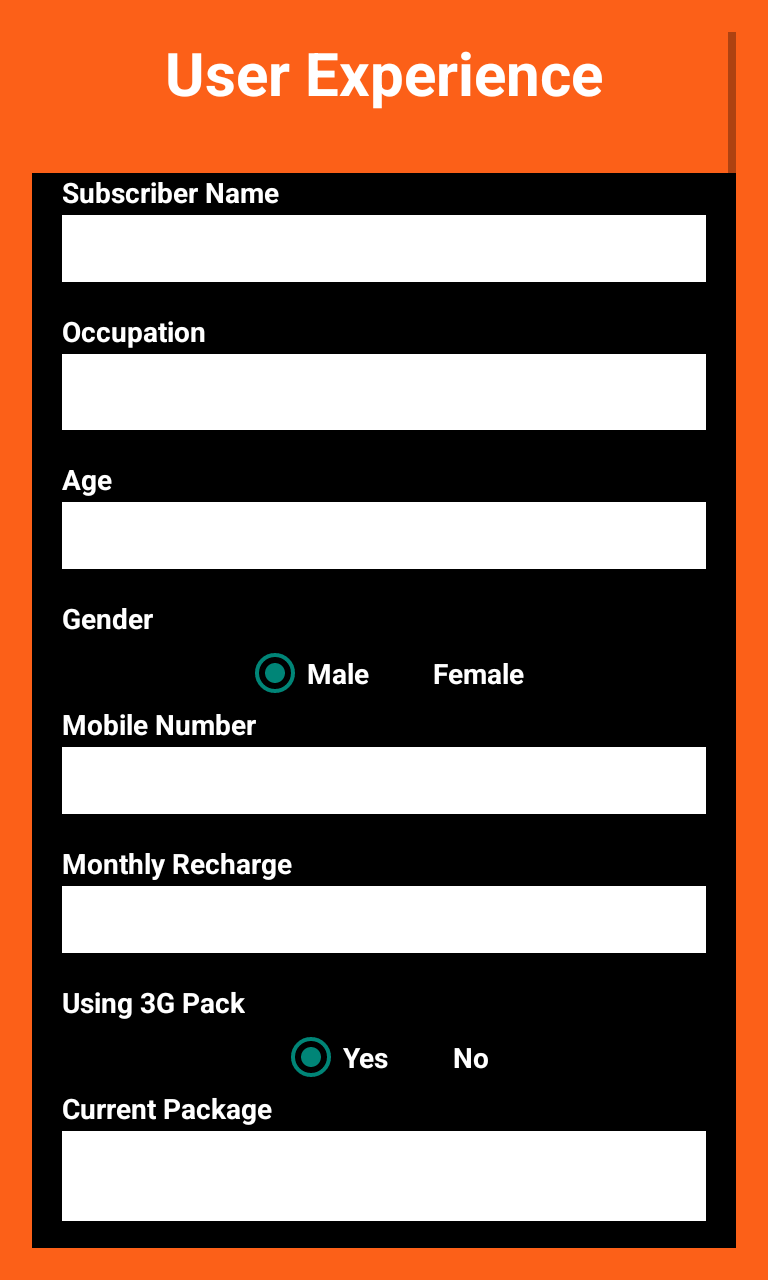
Repository: MushfiqurRahman/BLink3gApp
Layout: 3gExperience/res/layout/activity_survey.xml
The author's editor kept a copy of each file at every save. The layout is drawn from the files as they stood at one save, then again after the next save.
It is drawn on a 768 x 1280 px phone screen (xhdpi) without system bars, with theme AppTheme; the app's code is not run.

Above is the layout before, as saved 2014-05-31 23:02:28.

After the next save:
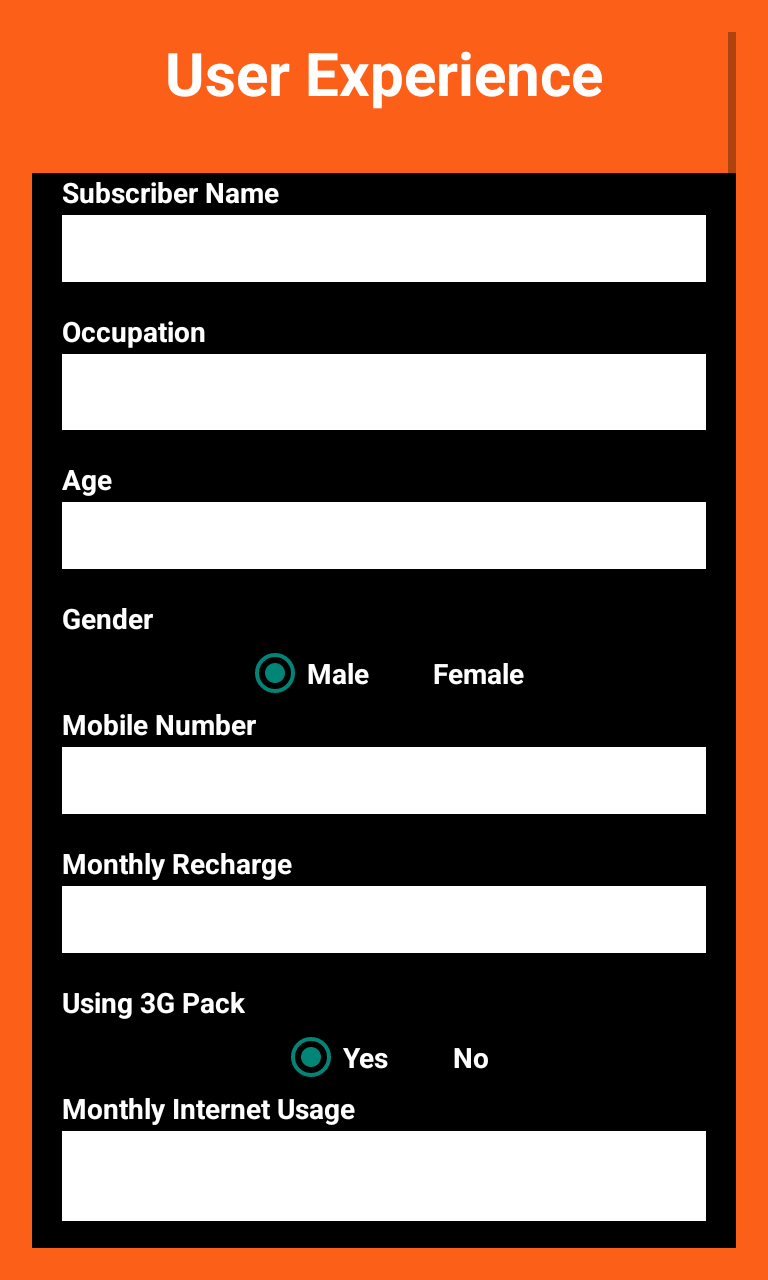
Saved 9 s later.
--- a/3gExperience/res/layout/activity_survey.xml
+++ b/3gExperience/res/layout/activity_survey.xml
@@ -266,7 +266,7 @@
                     android:layout_width="wrap_content"
                     android:layout_height="wrap_content"
                     android:layout_marginBottom="2dp"
-                    android:text="@string/sbcr_package_type"
+                    android:text="@string/sbcr_monthly_internet_usage"
                     android:textColor="#FFFFFF"
                     android:textStyle="bold" />
             </LinearLayout>
